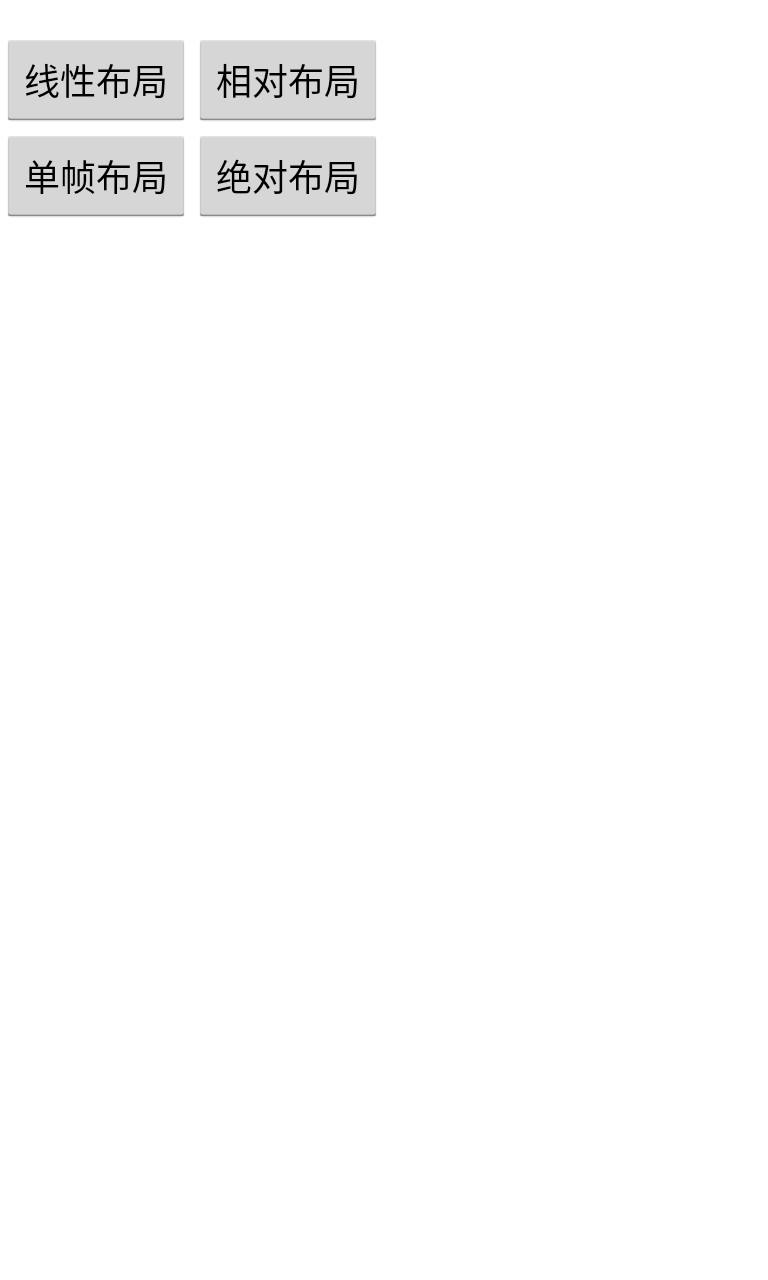
Repository: treizeor/android-examples
Layout: Ch003Layouts/res/layout/relativelayout_main.xml
These files come from the project's save history. The layout is drawn as it stood at one moment and after the next save; the edit follows.
It is drawn on a 768 x 1280 px phone screen (xhdpi) without system bars, with theme AppTheme; the app's code is not run.

Above is the layout before, as saved 2014-06-02 03:46:57.

After the next save:
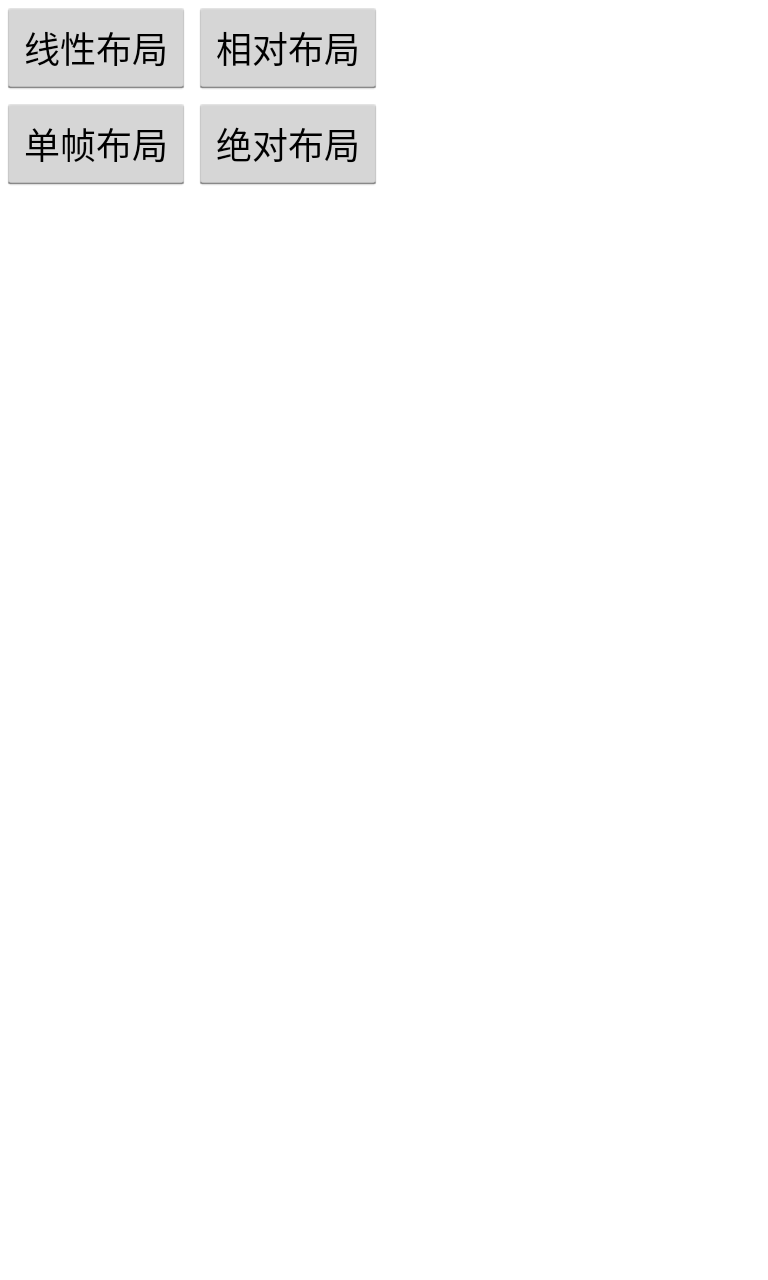
Saved 9 s later.
--- a/Ch003Layouts/res/layout/relativelayout_main.xml
+++ b/Ch003Layouts/res/layout/relativelayout_main.xml
@@ -2,7 +2,6 @@
     xmlns:tools="http://schemas.android.com/tools"
     android:layout_width="match_parent"
     android:layout_height="match_parent"
-    android:paddingTop="@dimen/activity_vertical_margin"
     tools:context="com.example.ch003layouts.MainActivity" >
 
     <Button
